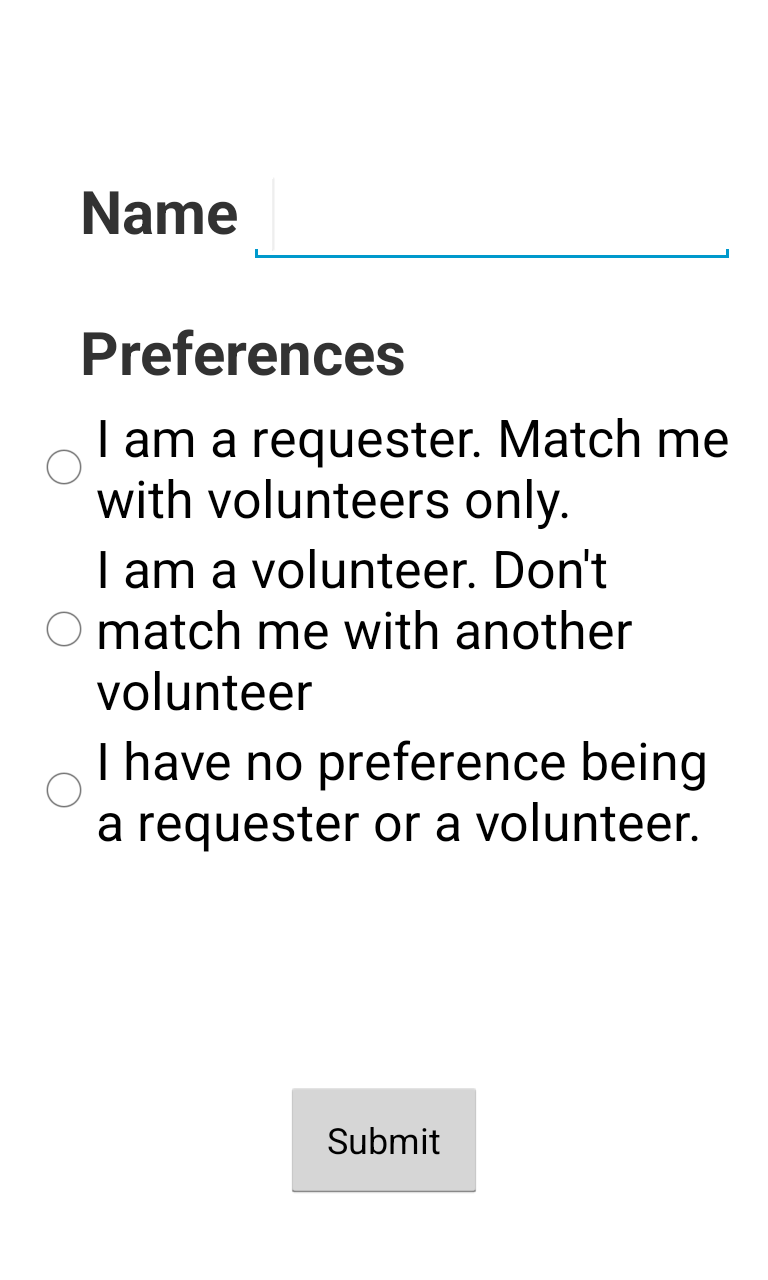
Repository: rwillmot/CS180-SafeWalk-Phase2
Layout: SafeWalkAndroidClient/res/layout/client_fragment_layout.xml
These files come from the project's save history. The layout is drawn as it stood at one moment and after the next save; the edit follows.
It is drawn on a 768 x 1280 px phone screen (xhdpi) without system bars, with theme AppTheme; the app's code is not run.

Above is the layout before, as saved 2014-12-02 22:09:44.

After the next save:
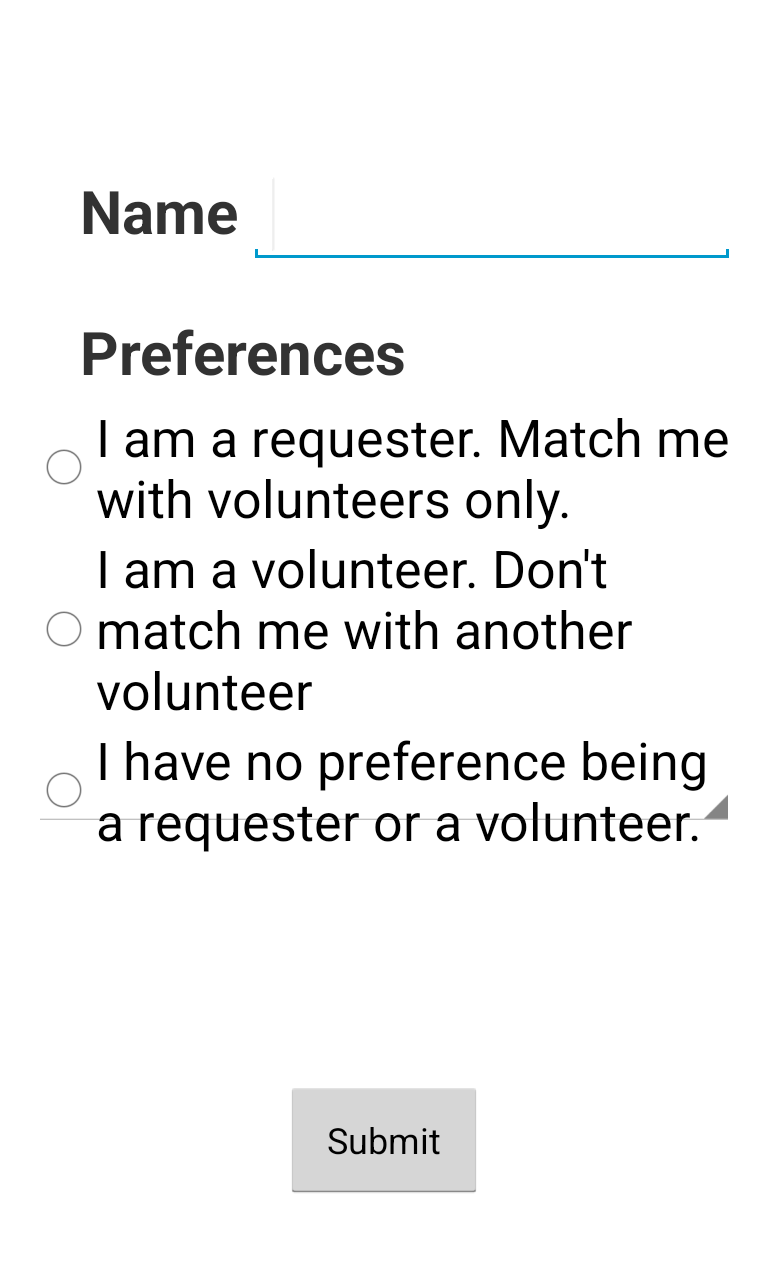
Saved 4 min 3 s later.
--- a/SafeWalkAndroidClient/res/layout/client_fragment_layout.xml
+++ b/SafeWalkAndroidClient/res/layout/client_fragment_layout.xml
@@ -105,4 +105,13 @@
         android:text="Preferences"
         android:textSize="30sp"
         android:textStyle="bold" />
+
+     <Spinner
+         android:id="@+id/planets_spinner"
+         android:layout_width="fill_parent"
+         android:layout_height="wrap_content"
+         android:layout_above="@+id/bu_submit"
+         android:layout_alignParentRight="true"
+         android:layout_marginBottom="126dp" />
+
 </RelativeLayout>
